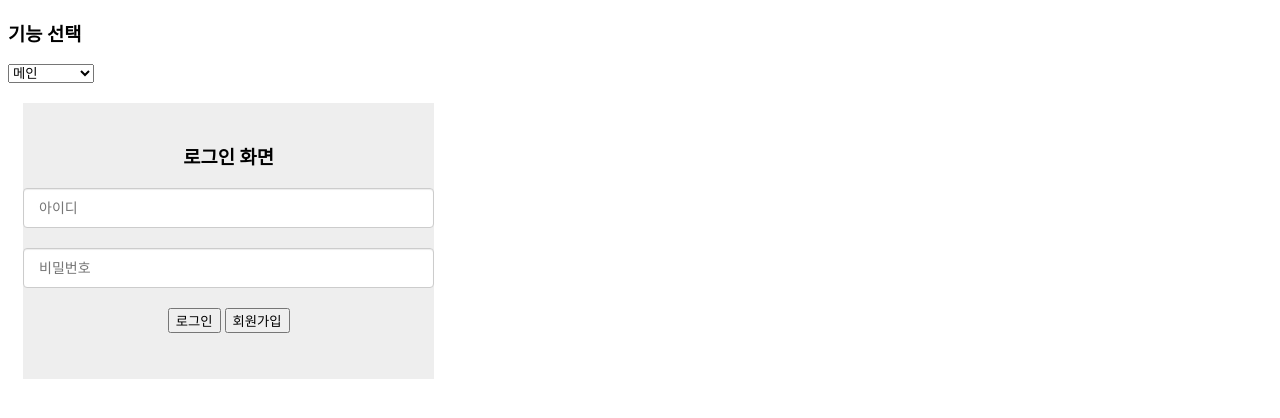
Repository: minjikimkim2222/BBS
Page: http://localhost/BBS/login.jsp
The author's editor kept a copy of each file at every save. The page is drawn from the files as they stood at one save, then again after the next save.
The browser window is 1280 px wide. The pictures show the whole page.
The page is served by Tomcat 9. Other server files are loaded and not shown.

Above is the page before, as saved 2024-01-01 07:53:47.

### BBS/src/main/webapp/login.jsp
<%@ page language="java" contentType="text/html; charset=UTF-8"
    pageEncoding="UTF-8"%><!--   JSP 서버측 설정  -->
<!DOCTYPE html>
<html>
	<head>
		<meta HTTP-EQUIV="content-type" CONTENT="text/html; CHARSET=UTF-8" charset = "UTF-8"> <!--  클라이언트 문자 인코딩 방식  -->

		<link rel = "stylesheet" href = "css/bootstrap.css">
		<title>JSP 로그인 페이지</title>
</head>
<body>

	<h3> 기능 선택</h3>

	<form action="" name="loginSelect">
		<select name = "loginList" onchange = "location = document.loginSelect.loginList.value" style="margin-bottom: 20px;">

			<option value = "main.jsp">메인</option>
			<option value = "bbs.jsp"> 게시판 </option>
<!-- 			<option value = "MySQL_ConnectionTest.jsp">sql connection test</option> -->

			<optgroup label = "접속하기">
				<option value = "login.jsp">로그인</option>
				<option value = "join.jsp">회원가입</option>
			</optgroup>

		</select>
	</form>


		<div class = "container">
		<div class = "col-lg-4">
			<div class = "jumbotron" style = "padding-top : 20px;">
				<form method = "post" action="">
					<h3 style = "text-align : center;">로그인 화면</h3>
						<p class = "form-group">
							<input type="text" class = "form-control" name="username" placeholder="아이디">
						</p>
						<p class = "form-group">
							<input type="password" class = "form-control" name="password" placeholder="비밀번호">
						</p>
						<p style = "text-align: center;">
							<input type="submit" value="로그인" formaction = "loginAction.jsp">
							<input type="submit" value = "회원가입" formaction = "join.jsp">
						</p>
				</form>
			</div>
		</div>
	</div>
</html>

### BBS/src/main/webapp/css/bootstrap.css
@charset "UTF-8";

.form-group {
  margin-bottom: 20px;
}

.form-control {
  display: block;
  width: 100%;
  height: 40px;
  padding: 10px 15px;
  font-size: 14px;
  line-height: 1.42857143;
  color: #555;
  background-color: #fff;
  background-image: none;
  border: 1px solid #ccc;
  border-radius: 4px;
  -webkit-box-shadow: inset 0 1px 1px rgba(0, 0, 0, .075);
          box-shadow: inset 0 1px 1px rgba(0, 0, 0, .075);
  -webkit-transition: border-color ease-in-out .15s, -webkit-box-shadow ease-in-out .15s;
       -o-transition: border-color ease-in-out .15s, box-shadow ease-in-out .15s;
          transition: border-color ease-in-out .15s, box-shadow ease-in-out .15s;
  box-sizing: border-box; /* 추가된 부분 */
}

.container {
  padding-right: 15px;
  padding-left: 15px;
  margin-right: auto;
  margin-left: auto;
}

.jumbotron {
  padding-top: 30px;
  padding-bottom: 30px;
  margin-bottom: 30px;
  color: inherit;
  background-color: #eee;
  box-sizing: border-box; /* 추가된 부분 */
}

.col-lg-4 {
  width: 33.33333333%;
}


.col-lg-5 {
    width: 41.66666667%;
}

After the next save:
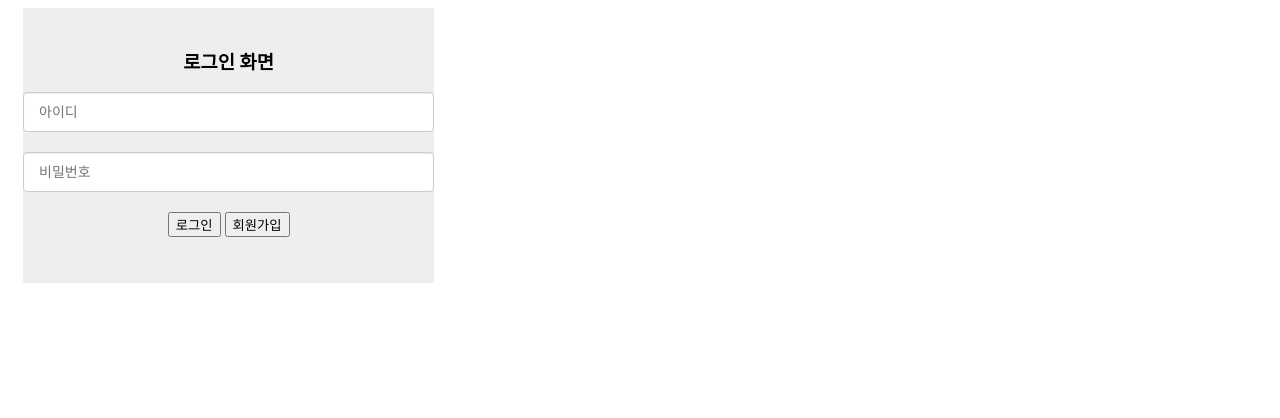
Saved 3 min 55 s later.
--- a/BBS/src/main/webapp/login.jsp
+++ b/BBS/src/main/webapp/login.jsp
@@ -10,14 +10,14 @@
 </head>
 <body>
 
-	<h3> 기능 선택</h3>
+<!-- 	<h3> 기능 선택</h3>
 
 	<form action="" name="loginSelect">
 		<select name = "loginList" onchange = "location = document.loginSelect.loginList.value" style="margin-bottom: 20px;">
 
 			<option value = "main.jsp">메인</option>
 			<option value = "bbs.jsp"> 게시판 </option>
-<!-- 			<option value = "MySQL_ConnectionTest.jsp">sql connection test</option> -->
+			<option value = "MySQL_ConnectionTest.jsp">sql connection test</option>
 
 			<optgroup label = "접속하기">
 				<option value = "login.jsp">로그인</option>
@@ -25,7 +25,7 @@
 			</optgroup>
 
 		</select>
-	</form>
+	</form> -->
 
 
 		<div class = "container">
